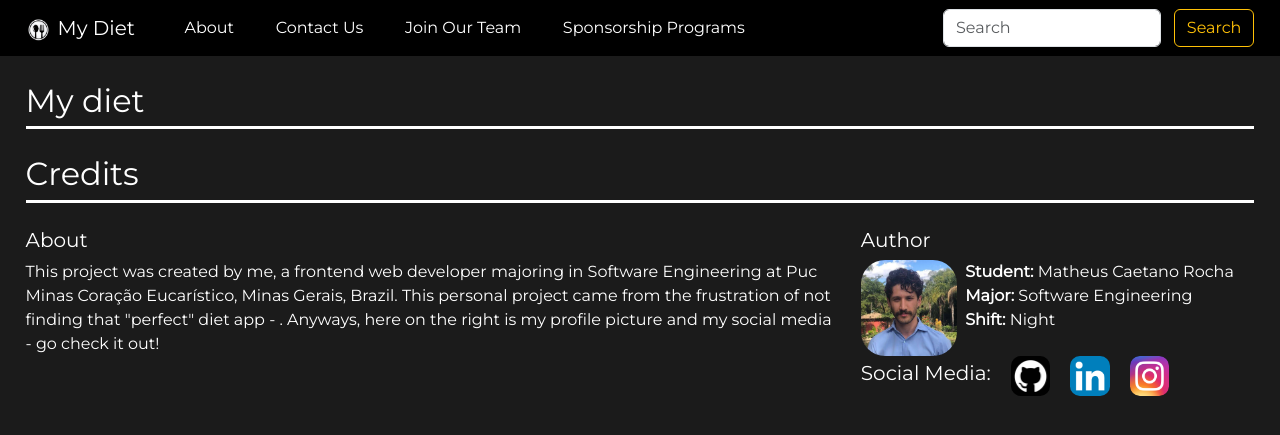
Repository: matheusrocha-mus/diet-app
Page: index.html
The author's editor kept a copy of each file at every save. The page is drawn from the files as they stood at one save, then again after a run of saves.
The browser window is 1280 px wide. The pictures show the whole page.

Above is the page before, as saved 2023-10-15 22:10:00.

After the next 2 saves:
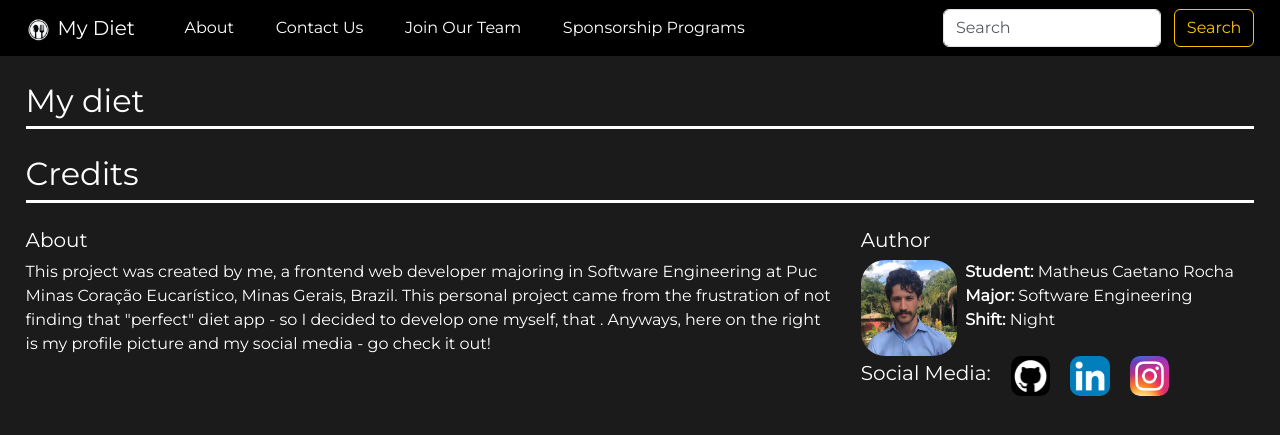
The 2 saves are shown as one change because they came seconds apart.
The last was saved 12 s later.
--- a/index.html
+++ b/index.html
@@ -55,7 +55,7 @@
                 <div class="row">
                     <div id="about" class="col-sm-12 col-md-6 col-lg-8">
                         <h5>About</h5>
-                        <p>This project was created by me, a frontend web developer majoring in Software Engineering at Puc Minas Coração Eucarístico, Minas Gerais, Brazil. This personal project came from the frustration of not finding that "perfect" diet app - . Anyways, here on the right is my profile picture and my social media - go check it out!</p>
+                        <p>This project was created by me, a frontend web developer majoring in Software Engineering at Puc Minas Coração Eucarístico, Minas Gerais, Brazil. This personal project came from the frustration of not finding that "perfect" diet app - so I decided to develop one myself, that . Anyways, here on the right is my profile picture and my social media - go check it out!</p>
                     </div>
                     <div class="col-sm-12 col-md-6 col-lg-4">
                         <h5>Author</h5>
